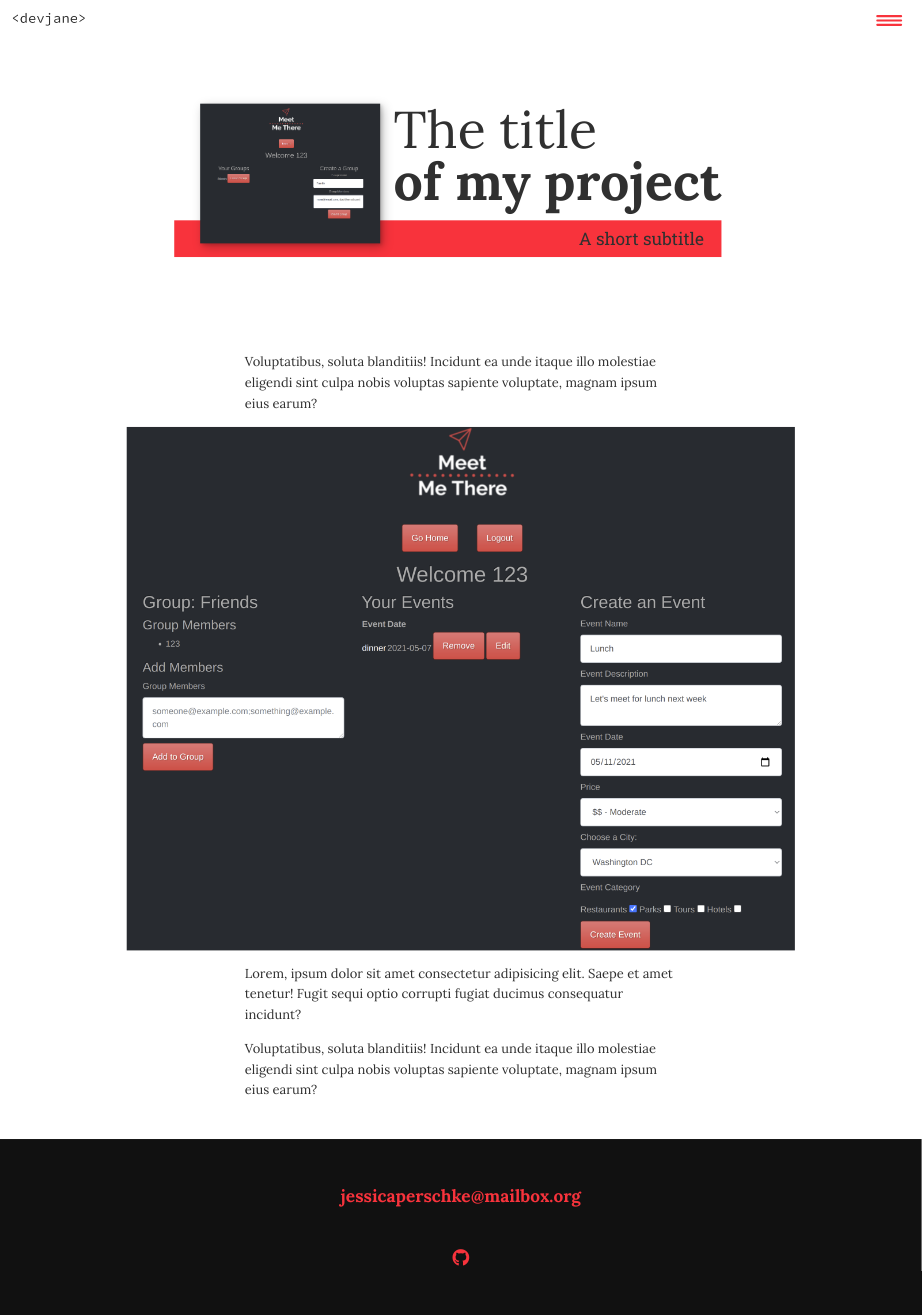
Repository: DinoDime/site
Page: portfolio-item1.html
These files come from the project's save history. The page is drawn as it stood at one moment and after the next save; the edit follows.
The browser window is 1280 px wide. The pictures show the whole page, at 72% of full size.
Some web libraries are served in a nearby version.

Above is the page before, as saved 2021-05-03 05:41:24.

### portfolio-item1.html
<!DOCTYPE html>
<html lang="en">
  <head>
    <link
      rel="stylesheet"
      href="https://cdnjs.cloudflare.com/ajax/libs/normalize/8.0.1/normalize.css"
    />
    <meta charset="UTF-8" />
    <meta name="viewport" content="width=device-width, initial-scale=1.0" />
    <title>Jess' Portfolio</title>
    <link
      rel="stylesheet"
      href="https://cdnjs.cloudflare.com/ajax/libs/normalize/7.0.0/normalize.min.css"
    />
    <link
      rel="stylesheet"
      href="https://cdnjs.cloudflare.com/ajax/libs/font-awesome/5.11.2/css/all.css"
      integrity="sha256-46qynGAkLSFpVbEBog43gvNhfrOj+BmwXdxFgVK/Kvc="
      crossorigin="anonymous"
    />

    <!-- Update these with your own fonts -->
    <link
      href="https://fonts.googleapis.com/css?family=Lora:400,700|Roboto+Slab:400,700&display=swap"
      rel="stylesheet"
    />

    <link rel="stylesheet" href="css/style.css" />
  </head>
  <body>
    <header>
      <div class="logo">
        <img src="img/devjane.png" alt="" />
      </div>
      <!--Hamburger button-->
      <button class="nav-toggle" aria-label="toggle navigation">
        <span class="hamburger"></span>
      </button>
      <nav class="nav">
        <ul class="nav__list">
          <li class="nav__item">
            <a href="index.html" class="nav__link">Home</a>
          </li>
          <li class="nav__item">
            <a href="index.html#Skills" class="nav__link">Skills</a>
          </li>
          <li class="nav__item">
            <a href="index.html#about" class="nav__link">About me</a>
          </li>
          <li class="nav__item">
            <a href="index.html#work" class="nav__link">My Work</a>
          </li>
        </ul>
      </nav>
    </header>

    <section class="intro">
      <h1 class="section__title section__title--intro">
        The title <strong>of my project</strong>
      </h1>
      <p class="section__subtitle section__subtitle--intro">A short subtitle</p>
      <img src="img/MeetMeThere2.png" alt="" class="intro__img" />
    </section>

    <div class="portfolio-item-individual">
      <p>
        Voluptatibus, soluta blanditiis! Incidunt ea unde itaque illo molestiae
        eligendi sint culpa nobis voluptas sapiente voluptate, magnam ipsum eius
        earum?
      </p>
      <img src="img/MeetMeThere3.png" alt="" />
      <p>
        Lorem, ipsum dolor sit amet consectetur adipisicing elit. Saepe et amet
        tenetur! Fugit sequi optio corrupti fugiat ducimus consequatur incidunt?
      </p>
      <p>
        Voluptatibus, soluta blanditiis! Incidunt ea unde itaque illo molestiae
        eligendi sint culpa nobis voluptas sapiente voluptate, magnam ipsum eius
        earum?
      </p>
    </div>

    <!-- Footer -->
    <footer class="footer">
      <!-- replace with your own email address -->
      <a href="mailto:jessicaperschke@mailbox.org" class="footer__link"
        >jessicaperschke@mailbox.org</a
      >
      <ul class="social-list">
        <li class="social-list__item">
          <a class="social-list__link" href="https://github.com/jl-perschke">
            <i class="fab fa-github"></i>
          </a>
        </li>
      </ul>
    </footer>

    <script src="js/index.js"></script>
  </body>
</html>

### css/style.css
*,
*::before,
*::after {
    box-sizing: border-box;
}

/* Custom Properties, update these for your own design */

:root {
    --ff-primary: 'Lora', serif;
    --ff-secondary: 'Roboto Slab', serif;

    --fw-reg: 400;
    --fw-bold: 700;

    --clr-light: #fff;
    --clr-dark: #303030;
    --clr-accent: #f8333c;

    --fs-h1: 3rem;
    --fs-h2: 2.25rem;
    --fs-h3: 1.25rem;
    --fs-body: 1rem;

    --bs: 0.25em 0.25em 0.75em rgba(0,0,0,.25),
          0.125em 0.125em 0.25em rgba(0,0,0,.15);
}

@media (min-width: 800px) {
    :root {
        --fs-h1: 4.5rem;
        --fs-h2: 3.75rem;
        --fs-h3: 1.5rem;
        --fs-body: 1.125rem;
    }
}

/* General styles */

/* endable this to add smooth scrolling */
/* html {
    scroll-behavior: smooth;
} */


body {
    background: var(--clr-light);
    color: var(--clr-dark);
    margin: 0;
    font-family: var(--ff-primary);
    font-size: var(--fs-body);
    line-height: 1.6;
}

section {
    padding: 5em 2em;
}

img {
    display: block;
    max-width: 100%;
}

strong { font-weight: var(--fw-bold) }

:focus {
    outline: 3px solid var(--clr-accent);
    outline-offset: 3px;
}

/* Buttons */

.btn {
    display: inline-block;
    padding: .5em 2.5em;
    background: var(--clr-accent);
    color: var(--clr-dark);
    text-decoration: none;
    cursor: pointer;
    font-size: .8rem;
    text-transform: uppercase;
    letter-spacing: 2px;
    font-weight: var(--fw-bold);
    transition: transform 200ms ease-in-out;
}

.btn:hover {
    transform: scale(1.1);
}

/* Typography */

h1,
h2,
h3 {
    line-height: 1;
    margin: 0;
}

h1 { font-size: var(--fs-h1) }
h2 { font-size: var(--fs-h2) }
h3 { font-size: var(--fs-h3) }


.section__title {
    margin-bottom: .25em;
}

.section__title--intro {
    font-weight: var(--fw-reg);
}

.section__title--intro strong {
    display: block;
}

.section__subtitle {
    margin: 0;
    font-size: var(--fs-h3);
}

.section__subtitle--intro,
.section__subtitle--about {
    background: var(--clr-accent);
    padding: .25em 1em;
    font-family: var(--ff-secondary);
    margin-bottom: 1em;
}

.section__subtitle--work {
    color: var(--clr-accent);
    font-weight: var(--fw-bold);
    margin-bottom: 2em;
}

/* header */

header {
    display: flex;
    justify-content: space-between;
    padding: 1em;
}

.logo {
    max-width: 100px;
}

.nav {
    position: fixed;
    background: var(--clr-dark);
    color: var(--clr-light);
    top: 0;
    bottom: 0;
    left: 0;
    right: 0;
    z-index: 100;

    transform: translateX(100%);
    transition: transform 250ms cubic-bezier(.5, 0, .5, 1);
}

.nav__list {
    list-style: none;
    display: flex;
    height: 100%;
    flex-direction: column;
    justify-content: space-evenly;
    align-items: center;
    margin: 0;
    padding: 0;
}

.nav__link {
    color: inherit;
    font-weight: var(--fw-bold);
    font-size: var(--fs-h2);
    text-decoration: none;
}

.nav__link:hover {
    color: var(--clr-accent);
}

.nav-toggle {
    padding: .5em;
    background: transparent;
    border: 0;
    cursor: pointer;
    position: absolute;
    right: 1em;
    top: 1em;
    z-index: 1000;
}

.nav-open .nav {
    transform: translateX(0);
}

.nav-open .nav-toggle {
    position: fixed;
}

.nav-open .hamburger {
    transform: rotate(.625turn);
}

.nav-open .hamburger::before {
    transform: rotate(90deg) translateX(-6px);
}

.nav-open .hamburger::after {
    opacity: 0;
}






.hamburger {
    display: block;
    position: relative;
}

.hamburger,
.hamburger::before,
.hamburger::after {
    background: var(--clr-accent);
    width: 2em;
    height: 3px;
    border-radius: 1em;
    transition: transform 250ms ease-in-out;
}


.hamburger::before,
.hamburger::after {
    content: '';
    position: absolute;
    left: 0;
    right: 0;
}

.hamburger::before { top: 6px; }
.hamburger::after { bottom: 6px; }


/*  Intro section  */

.intro {
    position: relative;
}

.intro__img {
    box-shadow: var(--bs);
}

.section__subtitle--intro {
    display: inline-block;
}

@media (min-width: 600px) {
    .intro {
        display: grid;
        width: min-content;
        margin: 0 auto;
        grid-column-gap: 1em;
        grid-template-areas:
            "img title"
            "img subtitle";
        grid-template-columns: min-content max-content;
    }

    .intro__img {
        grid-area: img;
        min-width: 250px;
        position: relative;
        z-index: 2;
    }

    .section__subtitle--intro {
        align-self: start;
        grid-column: -1 / 1;
        grid-row: 2;
        text-align: right;
        position: relative;
        left: -1.5em;
        width: calc(100% + 1.5em);
    }
}



/*  My services section  */

.my-services {
    background-color: var(--clr-dark);
    background-image: url(../img/services-bg.jpg);
    background-size: cover;
    /* background-blend-mode: multiply; */
    color: var(--clr-light);
    text-align: center;
}

.section__title--services {
    color: var(--clr-accent);
    position: relative;
}

.section__title--services::after {
    content: '';
    display: block;
    width: 2em;
    height: 1px;
    margin: 0.5em auto 1em;
    background: var(--clr-light);
    opacity: 0.25;
}

.services {
    margin-bottom: 4em;
}

.service {
    max-width: 500px;
    margin: 0 auto;
}

@media (min-width: 800px) {
    .services {
        display: flex;
        max-width: 1000px;
        margin-left: auto;
        margin-right: auto;
    }

    .service + .service {
        margin-left: 2em;
    }
}


.about-me {
    max-width: 1000px;
    margin: 0 auto;
}

.about-me__img {
    box-shadow: var(--bs);
}

@media (min-width: 600px) {
    .about-me {
        display: grid;
        grid-template-columns: 1fr 200px;
        grid-template-areas:
            "title img"
            "subtitle img"
            "text img";
        grid-column-gap: 2em;
    }

    .section__title--about {
        grid-area: title;
    }

    .section__subtitle--about {
        grid-column: 1 / -1;
        grid-row: 2;
        position: relative;
        left: -1em;
        width: calc(100% + 2em);
        padding-left: 1em;
        padding-right: calc(200px + 4em);
    }

    .about-me__img {
        grid-area: img;
        position: relative;
        z-index: 2;
    }
}

/* My Work */

.my-work {
    background-color: var(--clr-dark);
    color: var(--clr-light);
    text-align: center;
}

.portfolio {
    display: grid;
    grid-template-columns: repeat(auto-fit, minmax(300px, 1fr));
}

.portfolio__item {
    background: var(--clr-accent);
    overflow: hidden;
}

.portfolio__img {
    transition:
        transform 750ms cubic-bezier(.5, 0, .5, 1),
        opacity 250ms linear;
}

.portfolio__item:focus {
    position: relative;
    z-index: 2;
}

.portfolio__img:hover,
.portfolio__item:focus .portfolio__img {
    transform: scale(1.2);
    opacity: .5;
}


/* footer */

.footer {
    background: #111;
    color: var(--clr-accent);
    text-align: center;
    padding: 2.5em 0;
    font-size: var(--fs-h3);

}

.footer a {
    color: inherit;
    text-decoration: none;
}

.footer__link {
    font-weight: var(--fw-bold);
}

.footer__link:hover,
.social-list__link:hover {
    opacity: .7;
}

.footer__link:hover {
    text-decoration: underline;
}

.social-list {
    list-style: none;
    display: flex;
    justify-content: center;
    margin: 2em 0 0;
    padding: 0;
}

.social-list__item {
    margin: 0 .5em;
}

.social-list__link {
    padding: .5em;
}


/* Individual portfolio item styles */

.portfolio-item-individual {
    padding: 0 2em 2em;
    max-width: 1000px;
    margin: 0 auto;
}

.portfolio-item-individual p {
    max-width: 600px;
    margin-left: auto;
    margin-right: auto;
}

Loaded but not shown: js/index.js (common file)

After the next save:
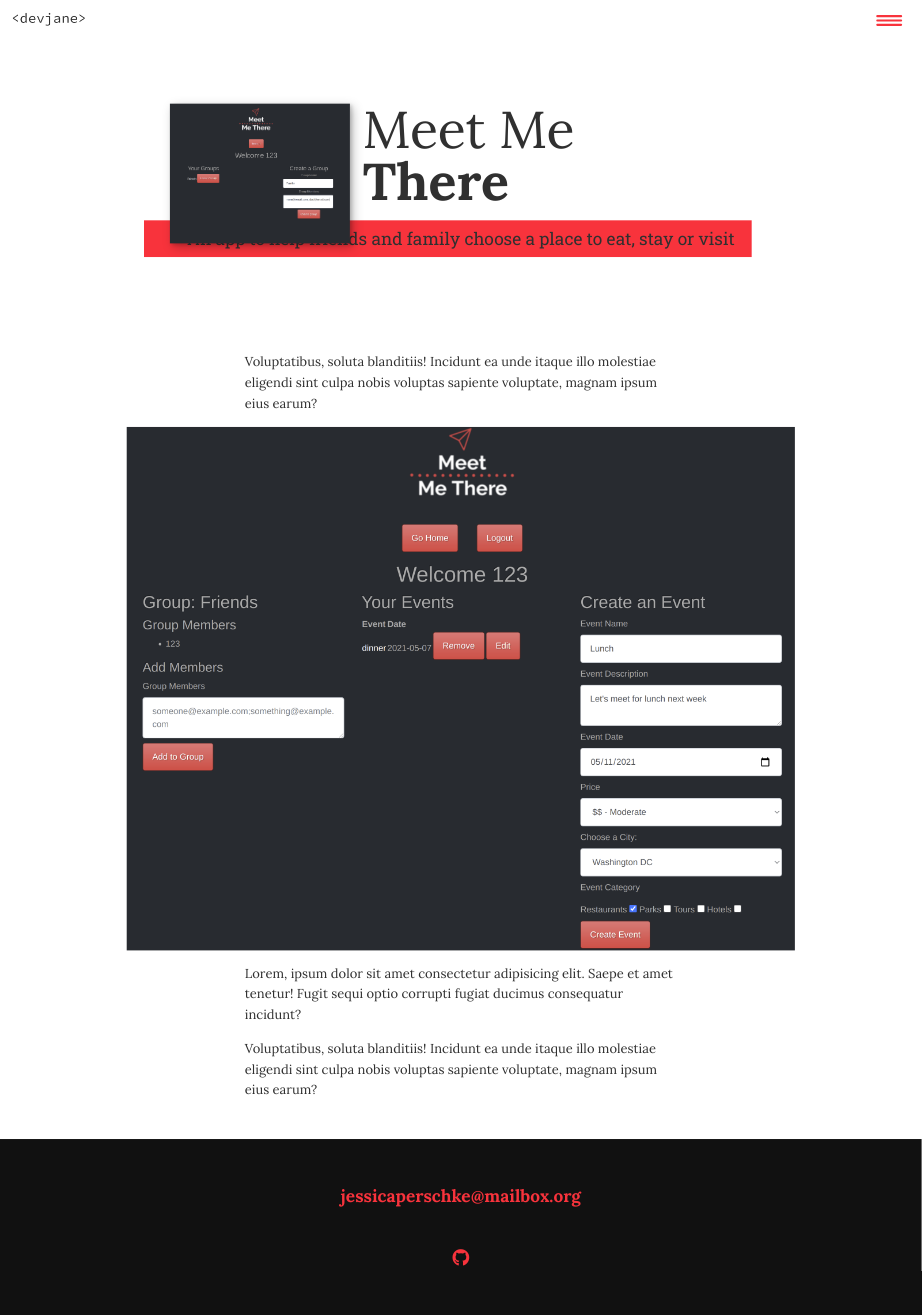
Saved 77 s later.
--- a/portfolio-item1.html
+++ b/portfolio-item1.html
@@ -56,9 +56,11 @@
 
     <section class="intro">
       <h1 class="section__title section__title--intro">
-        The title <strong>of my project</strong>
+        Meet Me <strong>There</strong>
       </h1>
-      <p class="section__subtitle section__subtitle--intro">A short subtitle</p>
+      <p class="section__subtitle section__subtitle--intro">
+        An app to help friends and family choose a place to eat, stay or visit
+      </p>
       <img src="img/MeetMeThere2.png" alt="" class="intro__img" />
     </section>
 
